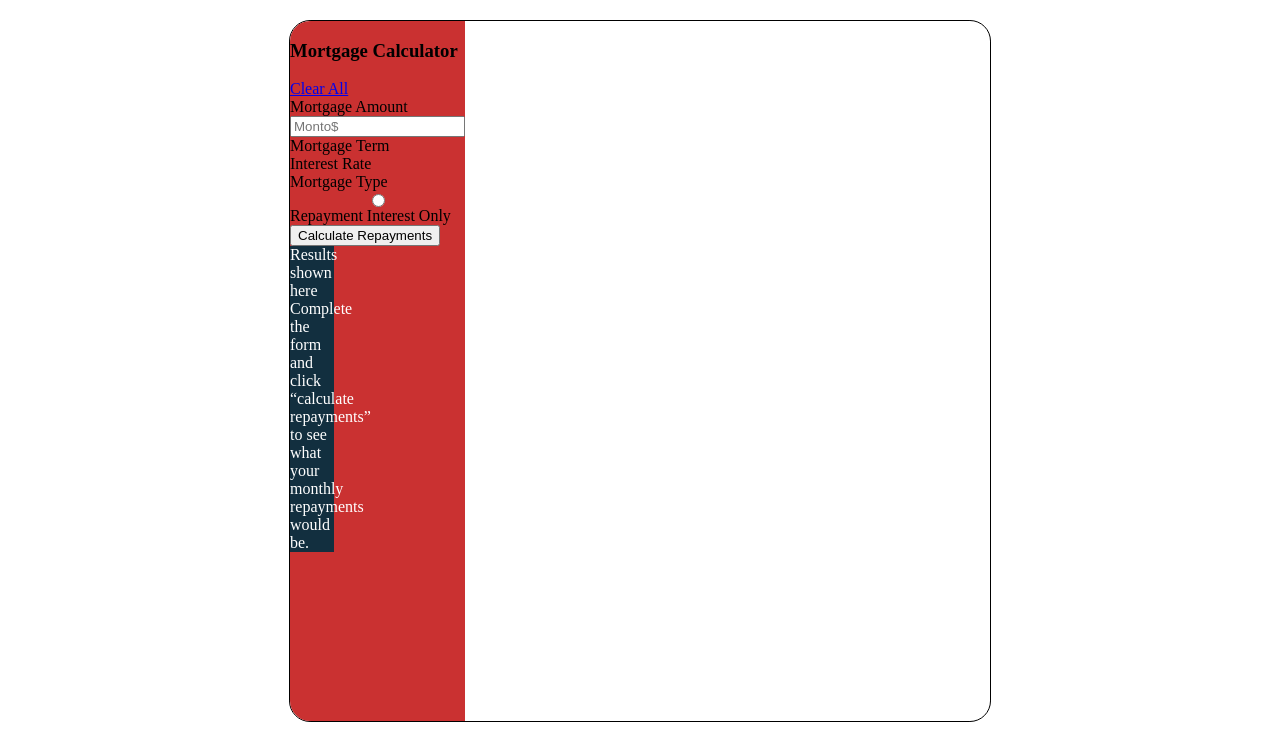
Repository: GravielPV/Mortgage-repayment-calculator
Page: index.html
An editor plug-in stored every save of this project. The page is shown before and after the next save, followed by the edit.
The browser window is 1280 px wide. The pictures show the whole page.

Above is the page before, as saved 2025-12-11 16:57:47.

After the next save:
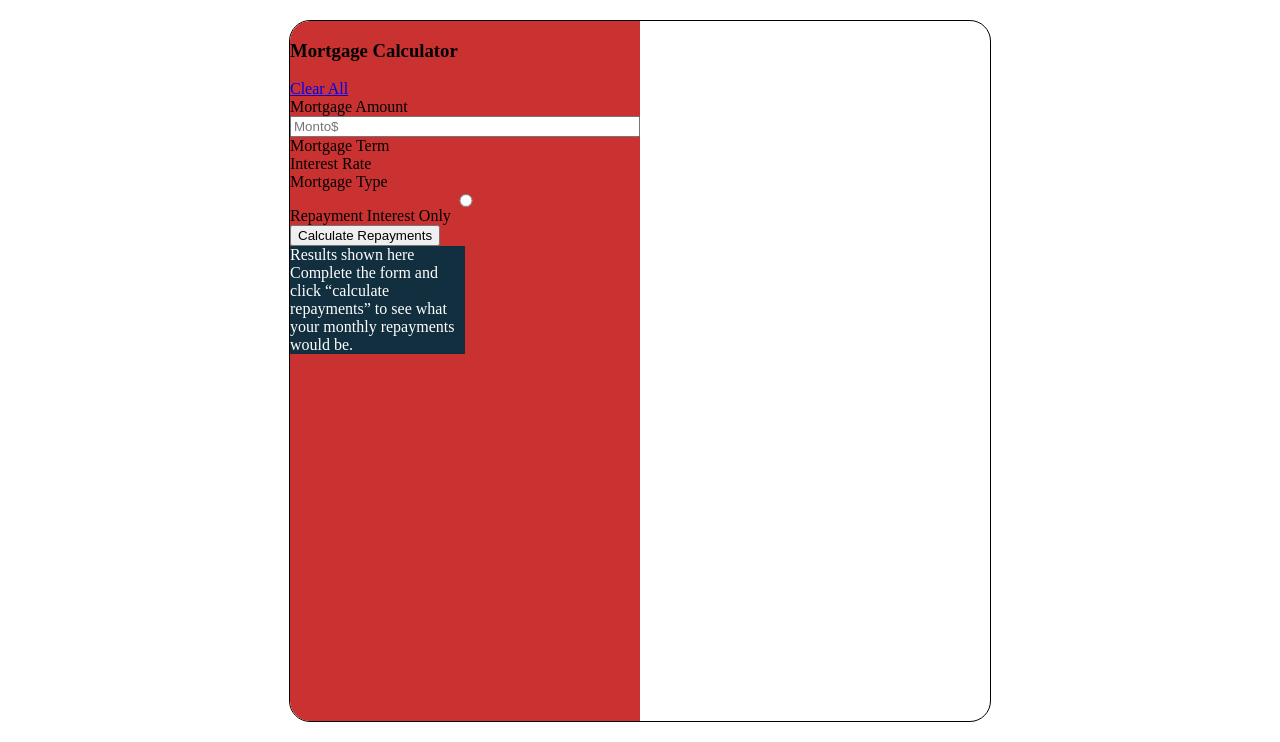
Saved 5 s later.
--- a/styles.css
+++ b/styles.css
@@ -9,7 +9,7 @@ border: 1px solid rgb(0, 0, 0);
 }
 
 .lado{
-            width: 25%;
+            width: 50%;
     display: flex;
     flex-direction: column;
 }
